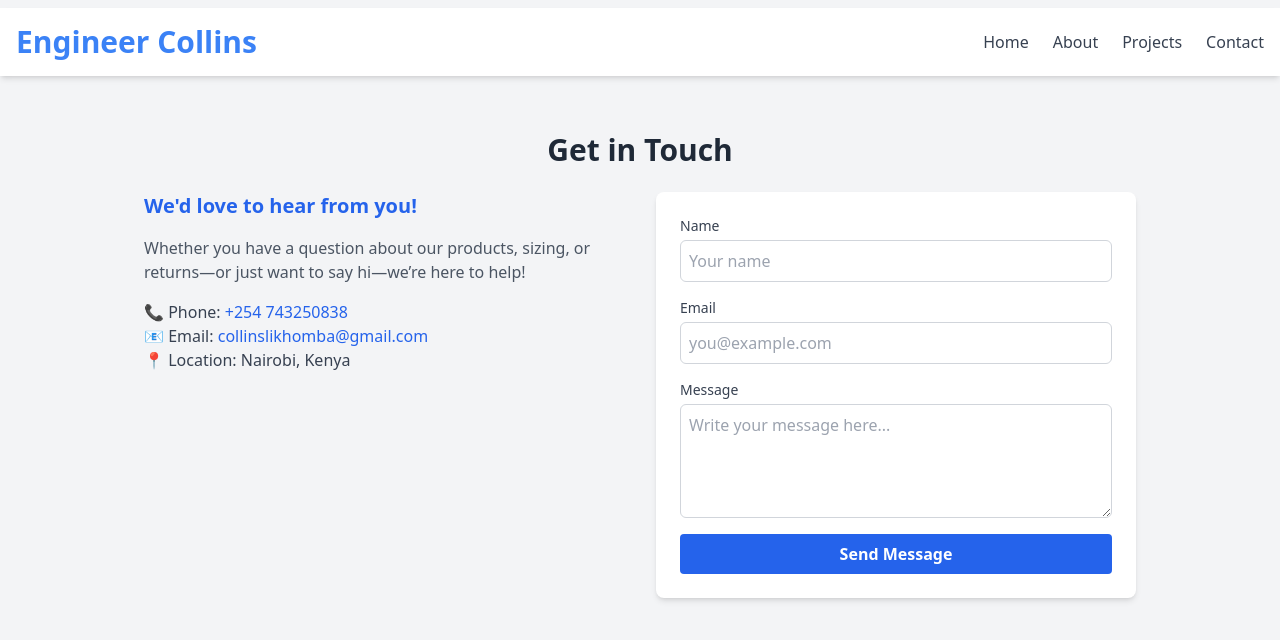
Repository: Engineer-collo/Portfolio
Page: /contact
The author's editor kept a copy of each file at every save. The page is drawn from the files as they stood at one save, then again after the next save.
The browser window is 1280 px wide. The pictures show the whole page.
The project was rebuilt for these pictures with package versions that can differ from the ones it lists, and the page was loaded fresh each time. Also part of the build but not shown: vite.config.js, src/pages/Footer.jsx, src/pages/HomePage.jsx, src/pages/About.jsx, src/pages/Projects.jsx, src/pages/Blog.jsx, src/pages/Skills.jsx.

Above is the page before, as saved 2025-06-07 17:55:20.

### index.html
<!DOCTYPE html>
<html lang="en">
<head>
  <meta charset="UTF-8">
  <meta name="viewport" content="width=device-width, initial-scale=1.0">
  <title>Portfolio</title>
</head>
<body class="bg-gray-100">
  <div id="root"></div>
  <script type="module" src="/src/main.jsx"></script>
</body>
</html>

### src/main.jsx
import React from 'react'
import ReactDOM from 'react-dom/client'
import './index.css'
import App from './App'

ReactDOM.createRoot(document.getElementById('root')).render(
  <React.StrictMode>
    <App />
  </React.StrictMode>,
)

### src/App.jsx
import { BrowserRouter as Router, Route, Routes } from "react-router-dom";
import HomePage from "./pages/HomePage";
import About from "./pages/About";
import Project from "./pages/Projects";
import Contact from "./pages/Contact";
import Blog from "./pages/Blog";
import Skills from "./pages/Skills";

function App() {
  return (
    <Router>

      <Routes>
        <Route path="/" element={<HomePage />} />
        <Route path="/about" element={<About />} />
        <Route path="/projects" element={<Project />} />
        <Route path="/contact" element={<Contact />} />
        <Route path="/skills" element={<Skills />} />
        <Route path="/blog" element={<Blog />} />


      </Routes>
    </Router>
  );
}

export default App;

### src/pages/Contact.jsx
import React, { useState } from 'react';
import Navbar from '../components/Navbar';

const Contact = ({ showSuccessToast }) => {
  const [form, setForm] = useState({ name: '', email: '', message: '' });

  const handleChange = (e) => {
    setForm({ ...form, [e.target.name]: e.target.value });
  };

  const handleSubmit = (e) => {
    e.preventDefault();
    showSuccessToast("Message sent Successfully.");
    setForm({ name: '', email: '', message: '' });
  };

  return (
    <>
      <Navbar />
      <div className="max-w-5xl mx-auto p-4 mt-10">
        <h2 className="text-3xl font-bold text-center mb-6 text-gray-800">Get in Touch</h2>

        <div className="grid grid-cols-1 md:grid-cols-2 gap-8">
          {/* Left Info Section */}
          <div className="space-y-4">
            <h3 className="text-xl font-semibold text-blue-600">We'd love to hear from you!</h3>
            <p className="text-gray-600">
              Whether you have a question about our products, sizing, or returns—or just want to say hi—we’re here to help!
            </p>
            <div>
              <p className="text-gray-700 font-medium">
                📞 Phone: <a href="tel:0743250838" className="font-normal text-blue-600 hover:underline">+254 743250838</a>
              </p>
              <p className="text-gray-700 font-medium">
                📧 Email: <a href="mailto:collinslikhomba@gmail.com" className="font-normal text-blue-600 hover:underline">collinslikhomba@gmail.com</a>
              </p>
              <p className="text-gray-700 font-medium">
                📍 Location: <span className="font-normal">Nairobi, Kenya</span>
              </p>
            </div>
          </div>

          {/* Right Form Section */}
          <form onSubmit={handleSubmit} className="space-y-4 bg-white shadow-md rounded-lg p-6">
            <div>
              <label className="block text-sm font-medium text-gray-700">Name</label>
              <input
                type="text"
                name="name"
                value={form.name}
                onChange={handleChange}
                required
                className="mt-1 block w-full p-2 border border-gray-300 rounded-md focus:ring-blue-500 focus:border-blue-500"
                placeholder="Your name"
              />
            </div>

            <div>
              <label className="block text-sm font-medium text-gray-700">Email</label>
              <input
                type="email"
                name="email"
                value={form.email}
                onChange={handleChange}
                required
                className="mt-1 block w-full p-2 border border-gray-300 rounded-md focus:ring-blue-500 focus:border-blue-500"
                placeholder="you@example.com"
              />
            </div>

            <div>
              <label className="block text-sm font-medium text-gray-700">Message</label>
              <textarea
                name="message"
                value={form.message}
                onChange={handleChange}
                required
                rows="4"
                className="mt-1 block w-full p-2 border border-gray-300 rounded-md focus:ring-blue-500 focus:border-blue-500"
                placeholder="Write your message here..."
              />
            </div>

            <button
              type="submit"
              className="w-full bg-blue-600 hover:bg-blue-700 text-white font-semibold py-2 px-4 rounded"
            >
              Send Message
            </button>
          </form>
        </div>
      </div>
    </>
  );
};

export default Contact;

### src/components/Navbar.jsx
import React, { useState } from 'react';
import { Link } from 'react-router-dom';

const Navbar = () => {
  const [isOpen, setIsOpen] = useState(false);

  const toggleMenu = () => setIsOpen(!isOpen);

  return (
    <header className=" mt-2 bg-white shadow-md">
      <div className="max-w-7xl mx-auto px-4 py-4 flex justify-between items-center">
        <h1 className="text-3xl font-bold text-gray-800">        <Link to="/" className="hover:text-blue-500 text-gray-700 transition"><span className='text-blue-500'>Engineer Collins</span></Link>
        </h1>

        {/* Desktop nav */}
        <nav className="space-x-6 hidden md:flex">
        <Link to="/" className="hover:text-blue-500 text-gray-700 transition">Home</Link>
          <Link to="/about" className="hover:text-blue-500 text-gray-700 transition">About</Link>
          <Link to="/projects" className="hover:text-blue-500 text-gray-700 transition">Projects</Link>
          <Link to="/contact" className="hover:text-blue-500 text-gray-700 transition">Contact</Link>
        </nav>

        {/* Mobile menu toggle */}
        <div className="md:hidden">
          <button onClick={toggleMenu} className="text-gray-700 focus:outline-none">
            <svg className="h-6 w-6" fill="none" stroke="currentColor" strokeWidth="2" viewBox="0 0 24 24">
              <path strokeLinecap="round" strokeLinejoin="round" d={isOpen ? 'M6 18L18 6M6 6l12 12' : 'M4 6h16M4 12h16M4 18h16'} />
            </svg>
          </button>
        </div>
      </div>

      {/* Mobile nav links */}
      {isOpen && (
        <nav className="md:hidden px-4 pb-4 space-y-2">
          <Link to="/about" className="block text-gray-700 hover:text-blue-500">About</Link>
          <Link to="/projects" className="block text-gray-700 hover:text-blue-500">Projects</Link>
          <Link to="/contact" className="block text-gray-700 hover:text-blue-500">Contact</Link>
        </nav>
      )}
    </header>
  );
};

export default Navbar;

Loaded but not shown: src/index.css (common file); tailwind.config.js (common file)

After the next save:
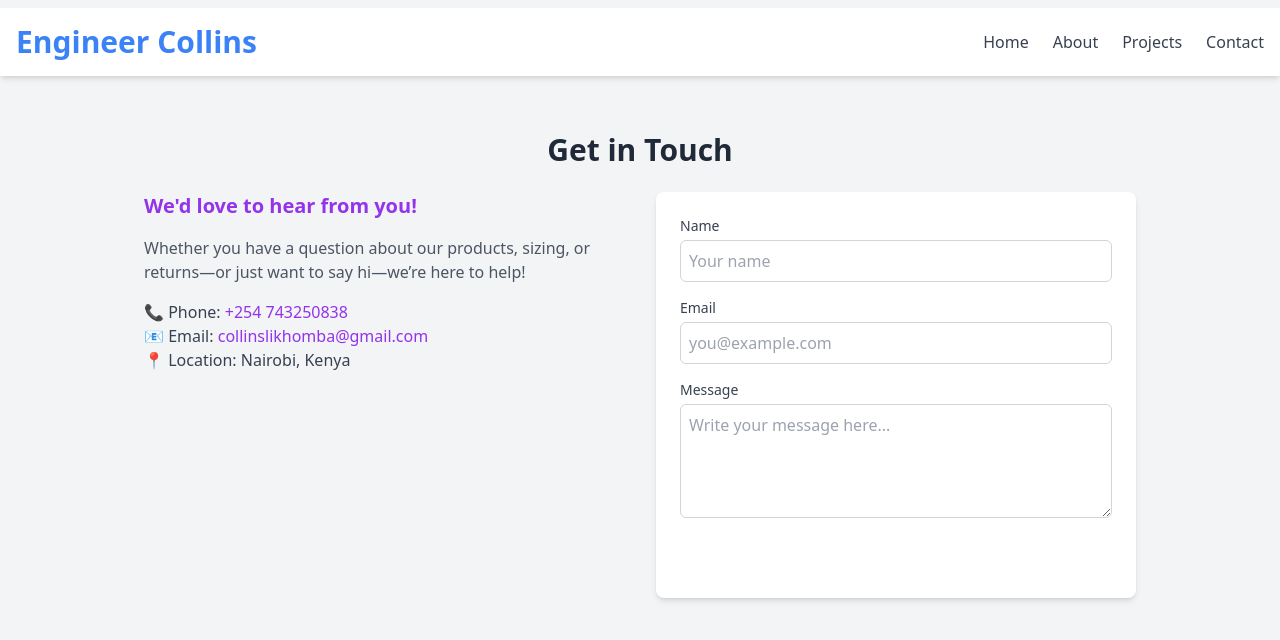
Saved 10 s later.
--- a/src/pages/Contact.jsx
+++ b/src/pages/Contact.jsx
@@ -16,80 +16,81 @@
 
   return (
     <>
-      <Navbar />
-      <div className="max-w-5xl mx-auto p-4 mt-10">
-        <h2 className="text-3xl font-bold text-center mb-6 text-gray-800">Get in Touch</h2>
+    <Navbar/>
+    <div className="max-w-5xl mx-auto p-4 mt-10">
+      <h2 className="text-3xl font-bold text-center mb-6 text-gray-800">Get in Touch</h2>
 
-        <div className="grid grid-cols-1 md:grid-cols-2 gap-8">
-          {/* Left Info Section */}
-          <div className="space-y-4">
-            <h3 className="text-xl font-semibold text-blue-600">We'd love to hear from you!</h3>
-            <p className="text-gray-600">
-              Whether you have a question about our products, sizing, or returns—or just want to say hi—we’re here to help!
+      <div className="grid grid-cols-1 md:grid-cols-2 gap-8">
+        {/* Left Info Section */}
+        <div className="space-y-4">
+          <h3 className="text-xl font-semibold text-purple-600">We'd love to hear from you!</h3>
+          <p className="text-gray-600">
+            Whether you have a question about our products, sizing, or returns—or just want to say hi—we’re here to help!
+          </p>
+          <div>
+            <p className="text-gray-700 font-medium">
+              📞 Phone: <a href="tel:0743250838" className="font-normal text-purple-600 hover:underline">+254 743250838</a>
             </p>
-            <div>
-              <p className="text-gray-700 font-medium">
-                📞 Phone: <a href="tel:0743250838" className="font-normal text-blue-600 hover:underline">+254 743250838</a>
-              </p>
-              <p className="text-gray-700 font-medium">
-                📧 Email: <a href="mailto:collinslikhomba@gmail.com" className="font-normal text-blue-600 hover:underline">collinslikhomba@gmail.com</a>
-              </p>
-              <p className="text-gray-700 font-medium">
-                📍 Location: <span className="font-normal">Nairobi, Kenya</span>
-              </p>
-            </div>
+            <p className="text-gray-700 font-medium">
+              📧 Email: <a href="mailto:collinslikhomba@gmail.com" className="font-normal text-purple-600 hover:underline">collinslikhomba@gmail.com</a>
+            </p>
+            <p className="text-gray-700 font-medium">
+              📍 Location: <span className="font-normal">Nairobi, Kenya</span>
+              {/* Optional: <a href="https://goo.gl/maps/..." target="_blank" rel="noopener noreferrer" className="ml-2 text-purple-600 hover:underline">View on Map</a> */}
+            </p>
+          </div>
+        </div>
+
+        {/* Right Form Section */}
+        <form onSubmit={handleSubmit} className="space-y-4 bg-white shadow-md rounded-lg p-6">
+          <div>
+            <label className="block text-sm font-medium text-gray-700">Name</label>
+            <input
+              type="text"
+              name="name"
+              value={form.name}
+              onChange={handleChange}
+              required
+              className="mt-1 block w-full p-2 border border-gray-300 rounded-md focus:ring-purple-500 focus:border-purple-500"
+              placeholder="Your name"
+            />
           </div>
 
-          {/* Right Form Section */}
-          <form onSubmit={handleSubmit} className="space-y-4 bg-white shadow-md rounded-lg p-6">
-            <div>
-              <label className="block text-sm font-medium text-gray-700">Name</label>
-              <input
-                type="text"
-                name="name"
-                value={form.name}
-                onChange={handleChange}
-                required
-                className="mt-1 block w-full p-2 border border-gray-300 rounded-md focus:ring-blue-500 focus:border-blue-500"
-                placeholder="Your name"
-              />
-            </div>
+          <div>
+            <label className="block text-sm font-medium text-gray-700">Email</label>
+            <input
+              type="email"
+              name="email"
+              value={form.email}
+              onChange={handleChange}
+              required
+              className="mt-1 block w-full p-2 border border-gray-300 rounded-md focus:ring-purple-500 focus:border-purple-500"
+              placeholder="you@example.com"
+            />
+          </div>
 
-            <div>
-              <label className="block text-sm font-medium text-gray-700">Email</label>
-              <input
-                type="email"
-                name="email"
-                value={form.email}
-                onChange={handleChange}
-                required
-                className="mt-1 block w-full p-2 border border-gray-300 rounded-md focus:ring-blue-500 focus:border-blue-500"
-                placeholder="you@example.com"
-              />
-            </div>
+          <div>
+            <label className="block text-sm font-medium text-gray-700">Message</label>
+            <textarea
+              name="message"
+              value={form.message}
+              onChange={handleChange}
+              required
+              rows="4"
+              className="mt-1 block w-full p-2 border border-gray-300 rounded-md focus:ring-purple-500 focus:border-purple-500"
+              placeholder="Write your message here..."
+            />
+          </div>
 
-            <div>
-              <label className="block text-sm font-medium text-gray-700">Message</label>
-              <textarea
-                name="message"
-                value={form.message}
-                onChange={handleChange}
-                required
-                rows="4"
-                className="mt-1 block w-full p-2 border border-gray-300 rounded-md focus:ring-blue-500 focus:border-blue-500"
-                placeholder="Write your message here..."
-              />
-            </div>
-
-            <button
-              type="submit"
-              className="w-full bg-blue-600 hover:bg-blue-700 text-white font-semibold py-2 px-4 rounded"
-            >
-              Send Message
-            </button>
-          </form>
-        </div>
+          <button
+            type="submit"
+            className="w-full bg--600 hover:bg-purple-700 text-white font-semibold py-2 px-4 rounded"
+          >
+            Send Message
+          </button>
+        </form>
       </div>
+    </div>
     </>
   );
 };

After the 3 saves that followed:
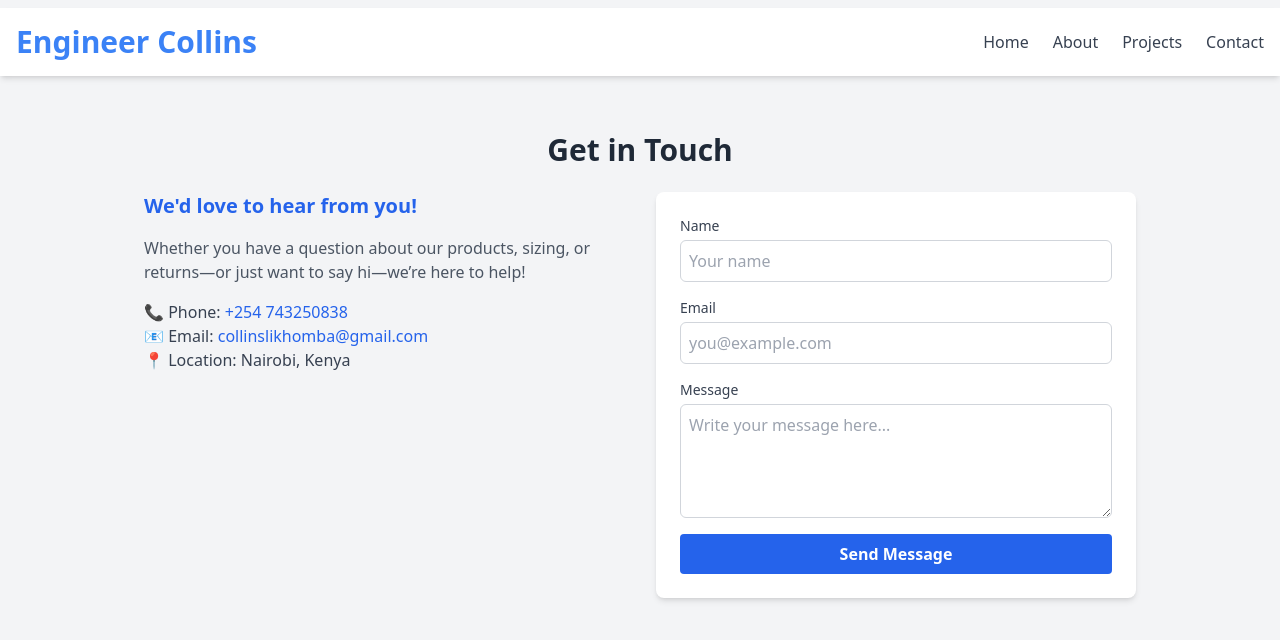
The 3 saves are shown as one change because they came seconds apart.
The last was saved 12 s later.
--- a/src/pages/Contact.jsx
+++ b/src/pages/Contact.jsx
@@ -16,81 +16,80 @@
 
   return (
     <>
-    <Navbar/>
-    <div className="max-w-5xl mx-auto p-4 mt-10">
-      <h2 className="text-3xl font-bold text-center mb-6 text-gray-800">Get in Touch</h2>
+      <Navbar />
+      <div className="max-w-5xl mx-auto p-4 mt-10">
+        <h2 className="text-3xl font-bold text-center mb-6 text-gray-800">Get in Touch</h2>
 
-      <div className="grid grid-cols-1 md:grid-cols-2 gap-8">
-        {/* Left Info Section */}
-        <div className="space-y-4">
-          <h3 className="text-xl font-semibold text-purple-600">We'd love to hear from you!</h3>
-          <p className="text-gray-600">
-            Whether you have a question about our products, sizing, or returns—or just want to say hi—we’re here to help!
-          </p>
-          <div>
-            <p className="text-gray-700 font-medium">
-              📞 Phone: <a href="tel:0743250838" className="font-normal text-purple-600 hover:underline">+254 743250838</a>
+        <div className="grid grid-cols-1 md:grid-cols-2 gap-8">
+          {/* Left Info Section */}
+          <div className="space-y-4">
+            <h3 className="text-xl font-semibold text-blue-600">We'd love to hear from you!</h3>
+            <p className="text-gray-600">
+              Whether you have a question about our products, sizing, or returns—or just want to say hi—we’re here to help!
             </p>
-            <p className="text-gray-700 font-medium">
-              📧 Email: <a href="mailto:collinslikhomba@gmail.com" className="font-normal text-purple-600 hover:underline">collinslikhomba@gmail.com</a>
-            </p>
-            <p className="text-gray-700 font-medium">
-              📍 Location: <span className="font-normal">Nairobi, Kenya</span>
-              {/* Optional: <a href="https://goo.gl/maps/..." target="_blank" rel="noopener noreferrer" className="ml-2 text-purple-600 hover:underline">View on Map</a> */}
-            </p>
-          </div>
-        </div>
-
-        {/* Right Form Section */}
-        <form onSubmit={handleSubmit} className="space-y-4 bg-white shadow-md rounded-lg p-6">
-          <div>
-            <label className="block text-sm font-medium text-gray-700">Name</label>
-            <input
-              type="text"
-              name="name"
-              value={form.name}
-              onChange={handleChange}
-              required
-              className="mt-1 block w-full p-2 border border-gray-300 rounded-md focus:ring-purple-500 focus:border-purple-500"
-              placeholder="Your name"
-            />
+            <div>
+              <p className="text-gray-700 font-medium">
+                📞 Phone: <a href="tel:0743250838" className="font-normal text-blue-600 hover:underline">+254 743250838</a>
+              </p>
+              <p className="text-gray-700 font-medium">
+                📧 Email: <a href="mailto:collinslikhomba@gmail.com" className="font-normal text-blue-600 hover:underline">collinslikhomba@gmail.com</a>
+              </p>
+              <p className="text-gray-700 font-medium">
+                📍 Location: <span className="font-normal">Nairobi, Kenya</span>
+              </p>
+            </div>
           </div>
 
-          <div>
-            <label className="block text-sm font-medium text-gray-700">Email</label>
-            <input
-              type="email"
-              name="email"
-              value={form.email}
-              onChange={handleChange}
-              required
-              className="mt-1 block w-full p-2 border border-gray-300 rounded-md focus:ring-purple-500 focus:border-purple-500"
-              placeholder="you@example.com"
-            />
-          </div>
+          {/* Right Form Section */}
+          <form onSubmit={handleSubmit} className="space-y-4 bg-white shadow-md rounded-lg p-6">
+            <div>
+              <label className="block text-sm font-medium text-gray-700">Name</label>
+              <input
+                type="text"
+                name="name"
+                value={form.name}
+                onChange={handleChange}
+                required
+                className="mt-1 block w-full p-2 border border-gray-300 rounded-md focus:ring-blue-500 focus:border-blue-500"
+                placeholder="Your name"
+              />
+            </div>
 
-          <div>
-            <label className="block text-sm font-medium text-gray-700">Message</label>
-            <textarea
-              name="message"
-              value={form.message}
-              onChange={handleChange}
-              required
-              rows="4"
-              className="mt-1 block w-full p-2 border border-gray-300 rounded-md focus:ring-purple-500 focus:border-purple-500"
-              placeholder="Write your message here..."
-            />
-          </div>
+            <div>
+              <label className="block text-sm font-medium text-gray-700">Email</label>
+              <input
+                type="email"
+                name="email"
+                value={form.email}
+                onChange={handleChange}
+                required
+                className="mt-1 block w-full p-2 border border-gray-300 rounded-md focus:ring-blue-500 focus:border-blue-500"
+                placeholder="you@example.com"
+              />
+            </div>
 
-          <button
-            type="submit"
-            className="w-full bg--600 hover:bg-purple-700 text-white font-semibold py-2 px-4 rounded"
-          >
-            Send Message
-          </button>
-        </form>
+            <div>
+              <label className="block text-sm font-medium text-gray-700">Message</label>
+              <textarea
+                name="message"
+                value={form.message}
+                onChange={handleChange}
+                required
+                rows="4"
+                className="mt-1 block w-full p-2 border border-gray-300 rounded-md focus:ring-blue-500 focus:border-blue-500"
+                placeholder="Write your message here..."
+              />
+            </div>
+
+            <button
+              type="submit"
+              className="w-full bg-blue-600 hover:bg-blue-700 text-white font-semibold py-2 px-4 rounded"
+            >
+              Send Message
+            </button>
+          </form>
+        </div>
       </div>
-    </div>
     </>
   );
 };
